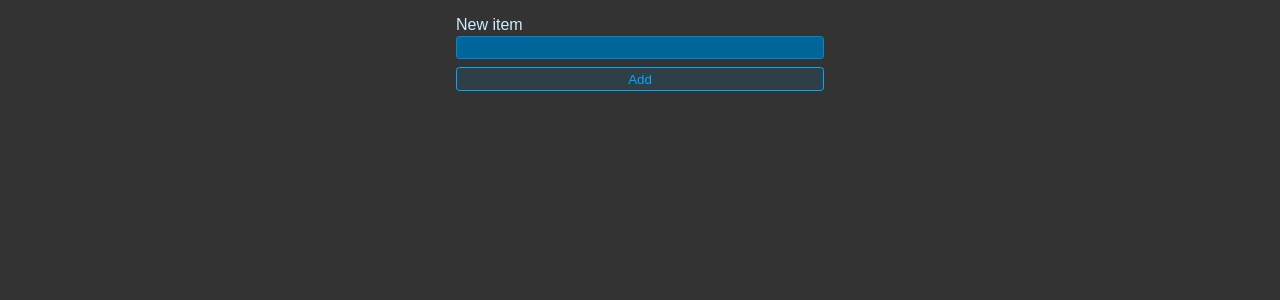
Repository: BellaMegasara/react_exercise_todolist
Page: / (app in react-to-do-list/)
An editor plug-in stored every save of this project. The page is shown before and after a run of saves, followed by the edit.
The browser window is 1280 px wide. The pictures show the whole page.
The project was rebuilt for these pictures with package versions that can differ from the ones it lists, and the page was loaded fresh each time. Also part of the build but not shown: react-to-do-list/vite.config.js.

Above is the page before, as saved 2024-07-17 15:15:46.

### react-to-do-list/src/App.jsx
import "./styles.css"


export default function App() {
  return <form className="new-item-form">
    <div className="form-row">
      <label>New item</label>
      <input type="text" id="item" />
    </div>
    <button className="btn">Add</button>

    </form>
};

Loaded but not shown: react-to-do-list/index.html (common file); react-to-do-list/src/main.jsx (common file); react-to-do-list/src/styles.css (common file)

After the next 17 saves:
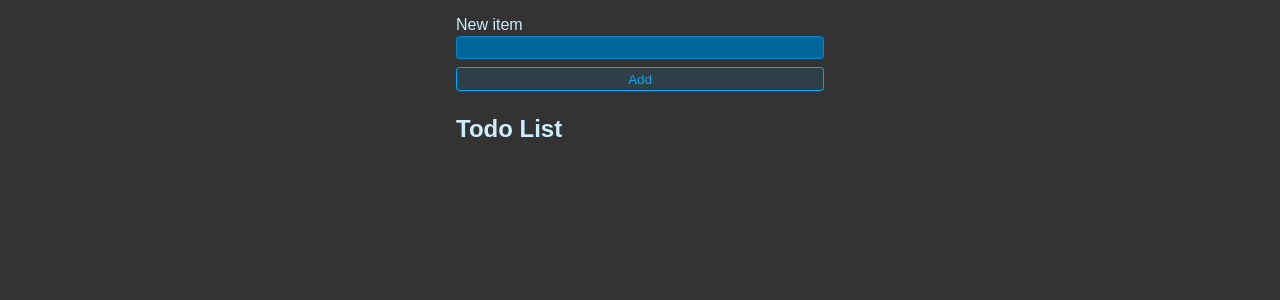
The 17 saves are shown as one change because 5 did not build or start and some came seconds apart.
The last was saved 98 s later.
--- a/react-to-do-list/src/App.jsx
+++ b/react-to-do-list/src/App.jsx
@@ -2,12 +2,16 @@ import "./styles.css"
 
 
 export default function App() {
-  return <form className="new-item-form">
+  return (
+  <>
+  <form className="new-item-form">
     <div className="form-row">
       <label>New item</label>
       <input type="text" id="item" />
     </div>
     <button className="btn">Add</button>
-
     </form>
-};
+    <h1 className="header">Todo List</h1>
+    </>
+    )
+}
